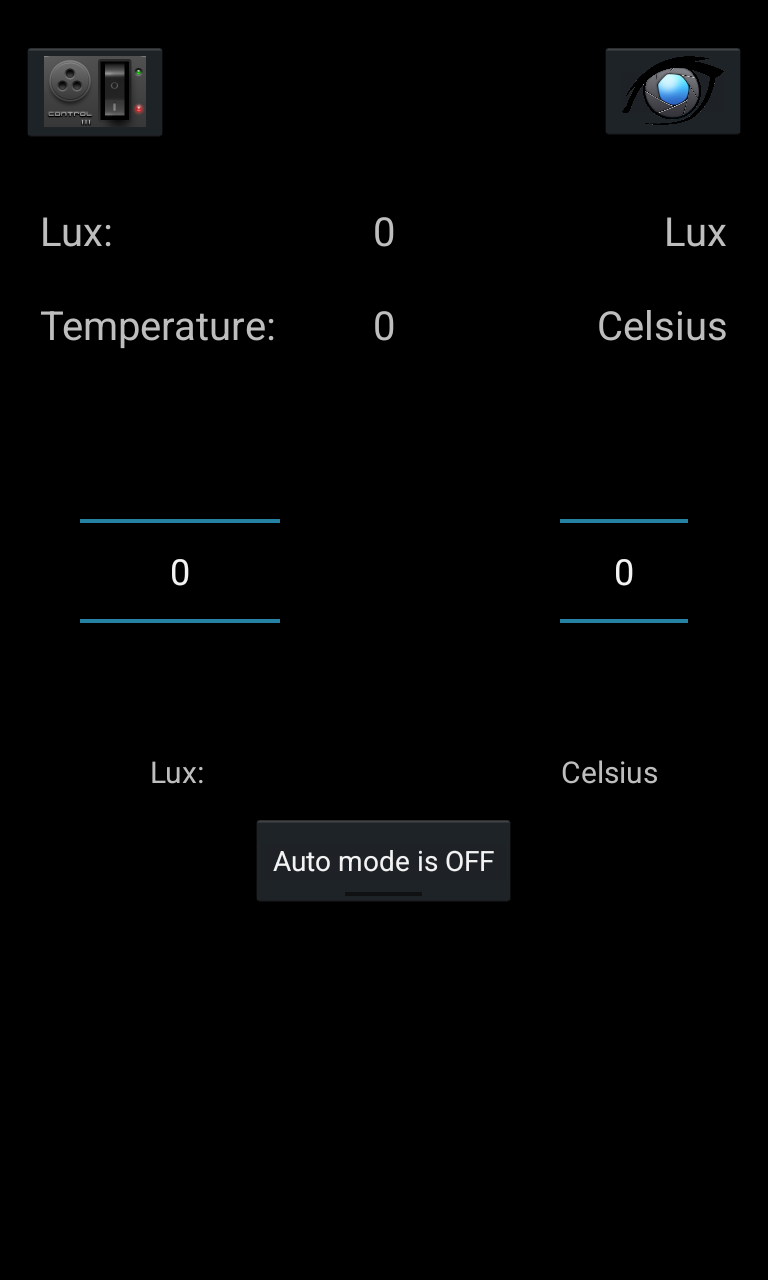
Repository: deanzaka/Shroom_IOIO_OpenCV
Layout: samples/IOIOSimpleApp/res/layout/main.xml
These files come from the project's save history. The layout is drawn as it stood at one moment and after the next save; the edit follows.
It is drawn on a 768 x 1280 px phone screen (xhdpi) without system bars, with theme android:Theme.Holo; the app's code is not run.

Above is the layout before, as saved 2014-06-04 10:15:54.

After the next save:
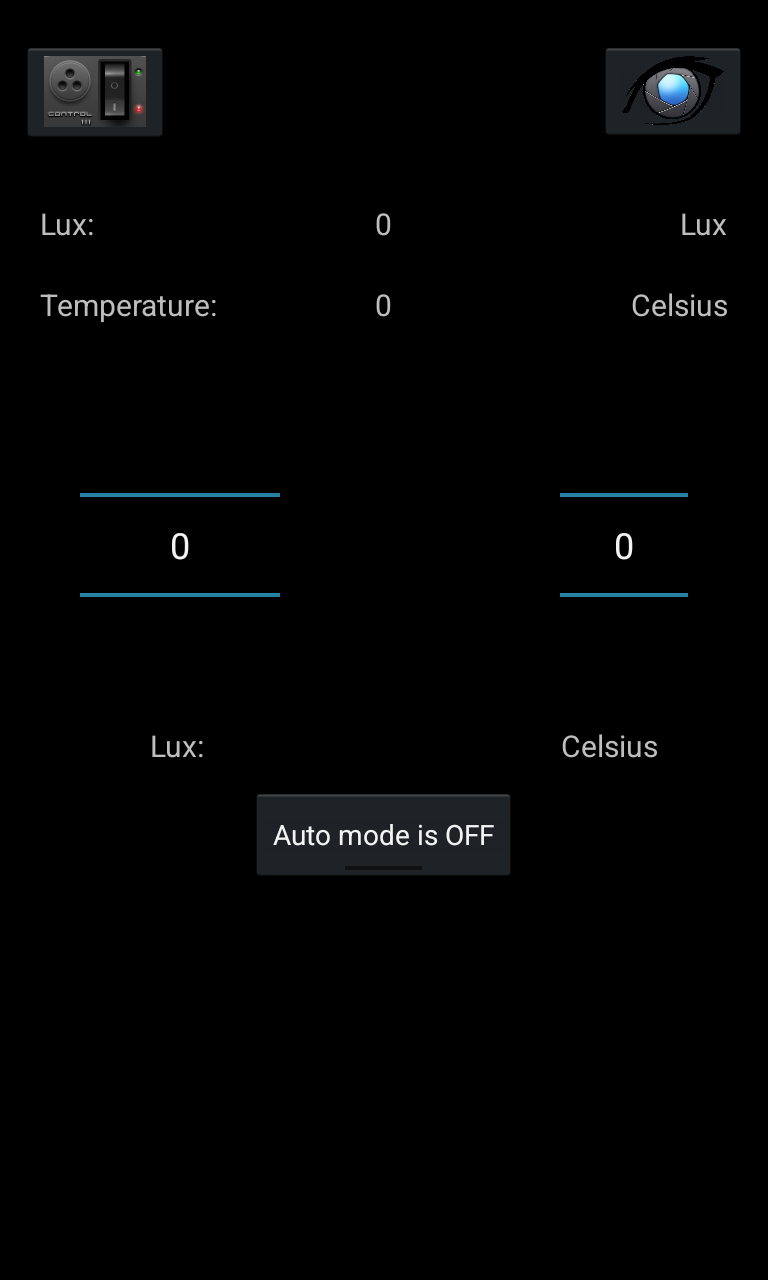
Saved 3 h 22 min later.
--- a/samples/IOIOSimpleApp/res/layout/main.xml
+++ b/samples/IOIOSimpleApp/res/layout/main.xml
@@ -52,7 +52,7 @@
 			android:layout_height="wrap_content"
 			android:layout_alignParentLeft="true"
 			android:paddingLeft="20dp"
-			android:textSize="20sp"
+			android:textSize="15sp"
 			/>
 
 		<TextView
@@ -61,7 +61,7 @@
 		    android:layout_height="wrap_content"
 		    android:layout_centerHorizontal="true"
 		    android:text="0"
-		    android:textSize="20sp" />
+		    android:textSize="15sp" />
 
 		<TextView
 			android:text="@string/inte_label"
@@ -69,7 +69,7 @@
 			android:layout_height="wrap_content"
 			android:layout_alignParentRight="true"
 			android:paddingRight="20dp"
-			android:textSize="20sp"
+			android:textSize="15sp"
 			/>
 	</RelativeLayout>
 
@@ -84,7 +84,7 @@
 			android:layout_height="wrap_content"
 			android:paddingLeft="20dp"
 			android:layout_alignParentLeft="true"
-			android:textSize="20sp"
+			android:textSize="15sp"
 			/>
 		<TextView
 			android:id="@+id/TempValue"
@@ -92,7 +92,7 @@
 			android:layout_width="wrap_content"
 			android:layout_height="wrap_content"
 			android:layout_centerHorizontal="true"
-			android:textSize="20sp"
+			android:textSize="15sp"
 			/>
 		<TextView
 			android:text="@string/cel_label"
@@ -100,7 +100,7 @@
 			android:layout_height="wrap_content"
 			android:paddingRight="20dp"
 			android:layout_alignParentRight="true"
-			android:textSize="20sp"
+			android:textSize="15sp"
 			/>
 	</RelativeLayout>
 
